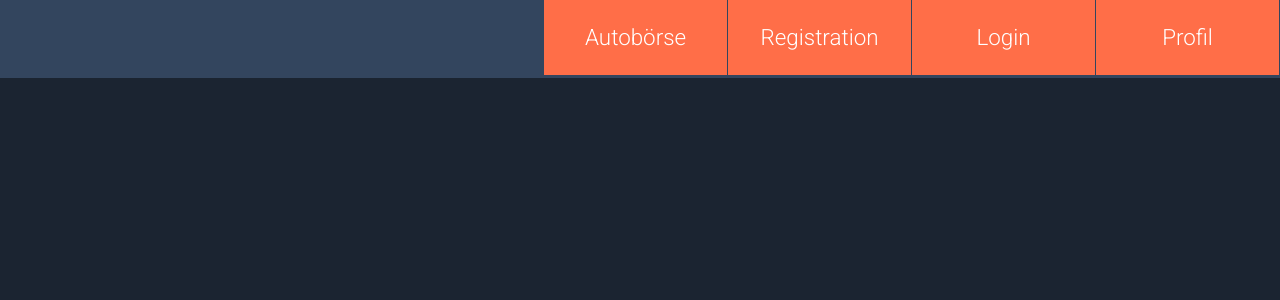
Repository: Turkelten/CarAdminstration
Page: http://localhost/Autobörse/userprofil.html
An editor plug-in stored every save of this project. The page is shown before and after the next save, followed by the edit.
The browser window is 1280 px wide. The pictures show the whole page.
The page is served by Tomcat 9. Other server files are loaded and not shown.

Above is the page before, as saved 2020-07-18 19:28:22.

### Autobörse/WebContent/userprofil.html
<!DOCTYPE html>
<html>
<head>
	<meta name="viewport" content="width=device-width, initial-scale=1.0" charset="ISO-8859-1">
	<title>Autobörse</title>
	<link href="https://fonts.googleapis.com/css2?family=Roboto+Slab:wght@300&family=Roboto:wght@300&display=swap" rel="stylesheet">
	<link href="style.css" rel="stylesheet">
</head>
<body>
	<header>
		<nav id="normal">
			<ul>
			  	<li style="float:left"><a href="index.html">Autobörse</a></li>
			  	<li ><a class="active" href="registration.html">Registration</a></li>
			  	<li ><a class="active" href="login.html">Login</a></li>
			  	<li ><a class="active" href="userprofil.html">Profil</a></li>
			</ul>
		</nav>

		<nav id="mobile">
			<div id="menu">Menü</div>
			<ul>
			  	<li ><a href="index.html">Autobörse</a></li>
			  	<li ><a class="active" href="registration.html">Registration</a></li>
			  	<li ><a class="active" href="login.html">Login</a></li>
			  	<li ><a class="active" href="userprofil.html">Profil</a></li>
			</ul>
		</nav>
	</header>

	<ul>
		<li ><a onclick="document.getElementById('profildaten').style.display='block'">Daten</a></li>
  		<li ><a onclick="">Inserat erstellen</a></li>
  		<li ><a class="active" href="LogoutServlet">Logout</a></li>
	</ul>

	<div class="row">
		<div class="profilmenu">
			<ul>
			  	<li ><a onclick="document.getElementById('profildaten').style.display='block'">Daten</a></li>
			  	<li ><a onclick="">Inserat erstellen</a></li>
			  	<li ><a class="active" href="LogoutServlet">Logout</a></li>
			</ul>
		</div>


	<div id="profildaten" class="profilseite" style="display:none">
		<div class="card">
	  		<form class="" action="" method="post">
			      	<form method="post" action="register">
						 	Vorname:	<input class="inputregister" type="text" name="firstname" /><br/>
					    	Nachname:	<input class="inputregister" type="text" name="lastname" 	/><br/>
							Email:		<input class="inputregister" type="text" name="email" 	/><br/>
					       	Password:	<input class="inputregister" type="password" name="pass" 	/><br/>
					       <input type="submit" value="Ändern" />
				   	</form>
	  		</form>
		</div>
	</div>
	</div>



</body>
</html>

### Autobörse/WebContent/style.css
body,
html {
  background: #1b2431;
  margin: 0;
  padding: 0;
  font-size: 100%;
  color: white;
}

@media screen and (max-width: 600px) {
  body,
  html {
    font-size: 48%;
  }
}

@media screen and (min-width: 600px) {
  body,
  html {
    font-size: 53%;
  }
}

@media screen and (min-width: 800px) {
  body,
  html {
    font-size: 57%;
  }
}

@media screen and (min-width: 1200px) {
  body,
  html {
    font-size: 70%;
  }
}

header {
  background: #33455e;
  position: fixed;
  top: 0;
  width: 100%;
  text-align: right;
  transition: 200ms all;
  height: 7rem;
}

header nav#normal {
  color: #c8354e;
  display: inline-block;
}

@media screen and (max-width: 800px) {
  header nav#normal {
    display: none;
  }
}

header nav#normal ul {
  margin: 0;
  padding: 0;
  transition: all 300ms;
  display: inline-block;
}

header nav#normal ul li {
  margin: 0;
  padding: 0;
  float: left;
  list-style: none;
  position: relative;
  transition: all 300ms;
}

header nav#normal ul li a {
  display: inline-block;
  padding: 2.17rem;
  float: left;
  min-width: 12rem;
  text-align: center;
  font-size: 2rem;
  color: #fff;
  margin: 0 1px 0 0;
  text-decoration: none;
  background: #ff6e48;
  font-weight: 300;
  transition: all 300ms;
  font-family: "Roboto", sans-serif;
}

header nav#normal ul li:hover > a {
  background: #d85d3c;
}

header nav#normal ul li ul {
  overflow: hidden;
  position: absolute;
  top: 100%;
  left: 0;
  width: 100%;
  transition: 300ms all;
  max-height: 0;
}

header nav#normal ul li ul li {
  border-bottom: 1px solid #8c1e31;
}

header nav#normal ul li:hover > ul {
  max-height: 700px;
}

header nav#mobile {
  color: #c8354e;
  display: none;
}

@media screen and (max-width: 800px) {
  header nav#mobile {
    display: block;
  }
}

header nav #menu {
  padding: 2.17rem 5% 2.17rem 5%;
  float: left;
  width: 90%;
  text-align: center;
  font-size: 2rem;
  color: #fff;
  cursor: pointer;
  font-weight: 300;
  transition: all 500ms;
  font-family: "Roboto", sans-serif;
}

header nav#mobile ul {
  width: 100%;
  margin: 0;
  padding: 0;
  max-height: 0;
  transition: all 500ms;
  overflow: hidden;
  float: left;
}

header nav#mobile:hover > ul {
  max-height: 800px;
}

header nav#mobile ul li {
  margin: 0;
  padding: 0;
  float: left;
  width: 100%;
  list-style: none;
  position: relative;
  transition: all 500ms;
}

header nav#mobile ul li a {
  display: inline-block;
  padding: 2.17rem 5% 2.17rem 5%;
  float: left;
  min-width: 12rem;
  width: 90%;
  text-align: center;
  font-size: 2rem;
  color: #fff;
  text-decoration: none;
  background: #c8354e;
  font-weight: 300;
  transition: all 500ms;
  font-family: "Roboto", sans-serif;
}

header nav#mobile ul li:hover > a {
  background: #8c1e31;
}

header nav#mobile ul li ul {
  width: 100%;
  transition: all 500ms;
  max-height: 0;
  overflow: hidden;
  float: left;
}

header nav#mobile ul li ul li {
  display: block;
  float: left;
  background: #8c1e31;
  transition: all 500ms;
}

header nav#mobile ul li ul li a {
  background: #8c1e31;
}

header nav#mobile ul li:hover > ul {
  max-height: 500px;
}

.page {
  	position:fixed;
    padding:0;
    margin:0;

    top:7rem;
    left:0;

    width: 100%;
    height: 100%;
}

.login-page {
  width: 360px;
  padding: 8% 0 0;
  margin: auto;
}
.form {
  position: relative;
  z-index: 1;
  background: #FFFFFF;
  max-width: 360px;
  margin: 0 auto 100px;
  padding: 45px;
  text-align: center;
  box-shadow: 0 0 20px 0 rgba(0, 0, 0, 0.2), 0 5px 5px 0 rgba(0, 0, 0, 0.24);
}
.form input {
  font-family: "Roboto", sans-serif;
  outline: 0;
  background: #f2f2f2;
  width: 100%;
  border: 0;
  margin: 0 0 15px;
  padding: 15px;
  box-sizing: border-box;
  font-size: 14px;
}
.form button {
  font-family: "Roboto", sans-serif;
  text-transform: uppercase;
  outline: 0;
  background: #ff6e48;
  width: 100%;
  border: 0;
  padding: 15px;
  color: #FFFFFF;
  font-size: 14px;
  -webkit-transition: all 0.3 ease;
  transition: all 0.3 ease;
  cursor: pointer;
}
.form button:hover,.form button:active,.form button:focus {
  background: #d85d3c;
}
.form .message {
  margin: 15px 0 0;
  color: #b3b3b3;
  font-size: 12px;
}
.form .message a {
  color: #4CAF50;
  text-decoration: none;
}
.form .register-form {
  display: none;
}
.container {
  position: relative;
  z-index: 1;
  max-width: 300px;
  margin: 0 auto;
}
.container:before, .container:after {
  content: "";
  display: block;
  clear: both;
}
.container .info {
  margin: 50px auto;
  text-align: center;
}
.container .info h1 {
  margin: 0 0 15px;
  padding: 0;
  font-size: 36px;
  font-weight: 300;
  color: #1a1a1a;
}
.container .info span {
  color: #4d4d4d;
  font-size: 12px;
}
.container .info span a {
  color: #000000;
  text-decoration: none;
}
.container .info span .fa {
  color: #EF3B3A;
}


.user-page {
  width: 600px;
  padding: 8% 0 0;
  margin: auto;
}
.userform {
  position: relative;
  z-index: 1;
  background: #FFFFFF;
  max-width: 6000px;
  margin: 0 auto 100px;
  padding: 45px;
  text-align: center;
  box-shadow: 0 0 20px 0 rgba(0, 0, 0, 0.2), 0 5px 5px 0 rgba(0, 0, 0, 0.24);
}
.userform input {
  font-family: "Roboto", sans-serif;
  outline: 0;
  background: #f2f2f2;
  width: 100%;
  border: 0;
  margin: 0 0 15px;
  padding: 15px;
  box-sizing: border-box;
  font-size: 14px;
}
.userform button {
  font-family: "Roboto", sans-serif;
  text-transform: uppercase;
  outline: 0;
  background: #ff6e48;
  width: 100%;
  border: 0;
  padding: 15px;
  color: #FFFFFF;
  font-size: 14px;
  -webkit-transition: all 0.3 ease;
  transition: all 0.3 ease;
  cursor: pointer;
}
.userform button:hover,.form button:active,.form button:focus {
  background: #d85d3c;
}
.userform .message {
  margin: 15px 0 0;
  color: #b3b3b3;
  font-size: 12px;
}
.userform .message a {
  color: #4CAF50;
  text-decoration: none;
}

After the next save:
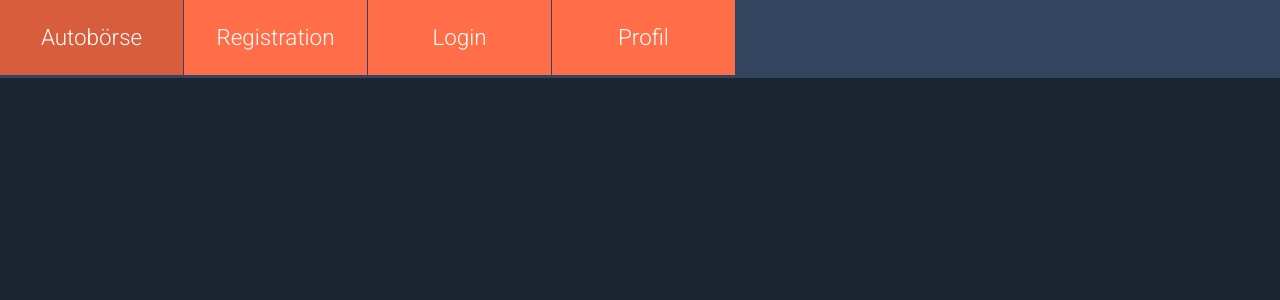
Saved 5 s later.
--- a/Autobörse/WebContent/style.css
+++ b/Autobörse/WebContent/style.css
@@ -40,7 +40,7 @@ header {
   position: fixed;
   top: 0;
   width: 100%;
-  text-align: right;
+  text-align: left;
   transition: 200ms all;
   height: 7rem;
 }
@@ -304,16 +304,18 @@ header nav#mobile ul li:hover > ul {
 
 
 .user-page {
-  width: 600px;
-  padding: 8% 0 0;
-  margin: auto;
+  width: 85%;
+  height: 100%;
+  padding-top: 10px;
+  padding-left: 30px;
+  margin-left: 0;
+  float: left;
 }
 .userform {
   position: relative;
   z-index: 1;
   background: #FFFFFF;
-  max-width: 6000px;
-  margin: 0 auto 100px;
+
   padding: 45px;
   text-align: center;
   box-shadow: 0 0 20px 0 rgba(0, 0, 0, 0.2), 0 5px 5px 0 rgba(0, 0, 0, 0.24);
@@ -355,3 +357,104 @@ header nav#mobile ul li:hover > ul {
   color: #4CAF50;
   text-decoration: none;
 }
+
+.usersidebar-container {
+	width: 18rem;
+	padding-top:10px;
+	margin-right: auto;
+	background: #33455e;
+	float: left;
+}
+
+.usersidebar-container h2 {
+	text-align:center;
+	padding-top: 10px;
+	font-size: 2rem;
+	font-family: "Roboto", sans-serif;
+}
+
+.usersidebar {
+	position: relative;
+  	width:100%;
+
+  	padding-top: 20px;
+  	text-align: center;
+}
+
+
+.usersidebar ul {
+  margin: 0;
+  padding: 0;
+  transition: all 300ms;
+  display: inline-block;
+}
+
+.usersidebar ul li {
+  margin: 0;
+  padding: 0;
+  width: 100%;
+  float: left;
+  list-style: none;
+  position: relative;
+  transition: all 300ms;
+}
+
+.usersidebar ul li a {
+  display: inline-block;
+  padding: 0.5rem;
+  float: top;
+  width: 17rem;
+  text-align: center;
+  font-size: 2rem;
+  color: #fff;
+  text-decoration: none;
+  background: #ff6e48;
+  font-weight: 300;
+  font-family: "Roboto", sans-serif;
+}
+
+.usersidebar ul li:hover > a {
+  background: #d85d3c;
+}
+
+.searchsidebar-container {
+	width: 18rem;
+	padding-top:10px;
+	margin-right: auto;
+	background: #33455e;
+	float: left;
+}
+
+.searchsidebar-container h2 {
+	text-align:center;
+	padding-top: 10px;
+	font-size: 2rem;
+	font-family: "Roboto", sans-serif;
+}
+
+.searchsidebar {
+	position: relative;
+  	width:100%;
+
+  	padding-top: 10px;
+  	padding-bottom: 20px;
+  	text-align: center;
+}
+
+.searchsidebar label{
+	padding:10px;
+	font-size: 2rem;
+	font-weight: 300;
+  	font-family: "Roboto", sans-serif;
+  	text-decoration: none;
+}
+
+.anzeige {
+	position: relative;
+  	z-index: 1;
+  	background: #FFFFFF;
+  	color: black;
+  	padding: 20px;
+  	text-align: center;
+  	box-shadow: 0 0 20px 0 rgba(0, 0, 0, 0.2), 0 5px 5px 0 rgba(0, 0, 0, 0.24);
+}
